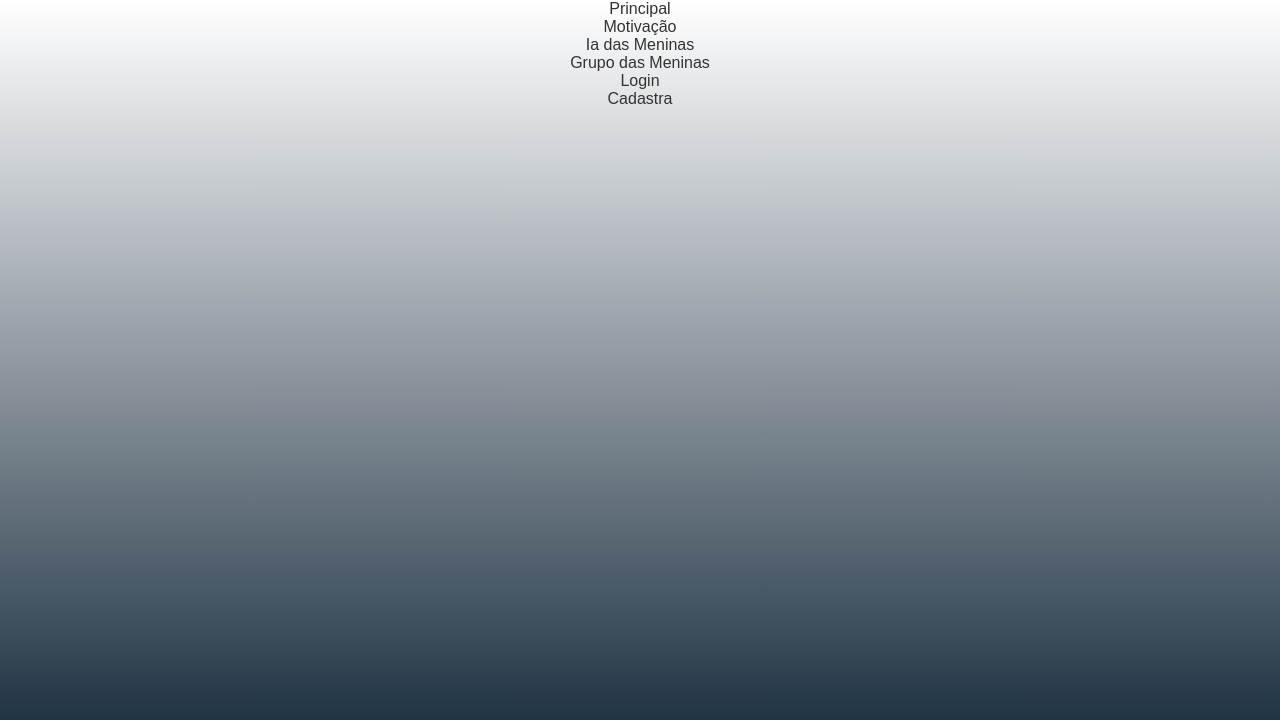
Repository: joaobatistafrontend/pref
Page: http://localhost/
An editor plug-in stored every save of this project. The page is shown before and after a run of saves, followed by the edit.
The browser window is 1280 px wide. The pictures show the whole page.
The page is served by the project's application, run on Django 4.2 (manage.py). Other server files are loaded and not shown.

Above is the page before, as saved 2024-07-26 14:49:43.

### templates/index.html
{% load  static %}
<!DOCTYPE html>
<html lang="en">
<head>
    <meta charset="UTF-8">
    <meta name="viewport" content="width=device-width, initial-scale=1.0">
    <title>Document</title>

    {% load static %}
    <link rel="stylesheet" href="{% static 'css/index.css' %}"></head>
<body>
        <nav>
            <ul>
                <li><a href="">Principal</a></li>
                <li><a href="">Motivação</a></li>
                <li><a href="">Ia das Meninas</a></li>
                <li><a href="">Grupo das Meninas</a></li>
                <li><a href="">Login</a></li>
                <li><a href="">Cadastra</a></li>
            </ul>
        </nav>
</body>
</html>

### chat_app/views.py
#https://espere.in/Build-your-chatbot-with-the-power-of-Gemini-API-using-Django/
from django.shortcuts import render, reverse
from django.contrib.auth.decorators import login_required
from .models import ChatBot
from django.http import HttpResponseRedirect, JsonResponse
import google.generativeai as genai
from .treinamentos import contexto_inicial, contexto_de_estudos
#chave api
genai.configure(api_key="AIzaSyCkg2khwEkqTQ7kYa8gVzsz2bWWpweUEO8")


@login_required
def ask_question(request):
    if request.method == "POST":
        text = request.POST.get("text")#receber o texto do user
        model = genai.GenerativeModel("gemini-pro")#modelo da ia

        chat = model.start_chat()#iniciar um chat

        #receber o texto do usuario como parametro
        response = chat.send_message(f"O assunto que vamos conversar é sobre responder perguntas frequentes e prestar suporte a assuntos relacionados às políticas públicas voltadas para as mulheres. Tenha conhecimento e forneça aconselhamento acessível para o {user}. Use as seguintes leis e contextos para ajudar: {contexto_inicial} e {contexto_de_estudos}. Foque em dados do Ceará. Mantenha o foco em responder perguntas frequentes e prestar suporte a assuntos relacionados às políticas públicas voltadas para as mulheres."
)
        user = request.user #ususario
        ChatBot.objects.create(text_input=text, gemini_output=response.text, user=user)#criar um batepapo

        response_data = {#extrair apenas a resposta
            "text": response.text,  #tranforma a resposta em texto
        }
        return JsonResponse({"data": response_data})
    else:
        return HttpResponseRedirect(
            reverse("chat")
        )


@login_required
def chat(request):
    user = request.user #saber o user autenticado
    chats = ChatBot.objects.filter(user=user)
    return render(request, "chat_bot.html", {"chats": chats})

def index(request):

    return render(request, "index.html")

### chatbot/urls.py

from django.contrib import admin
from django.urls import path, include

urlpatterns = [
    path('admin/', admin.site.urls),
    path('', include('chat_app.urls'))
]

### chat_app/urls.py

from django.contrib import admin
from django.urls import path, include
from . import views

urlpatterns = [
    path("", views.index, name="index"),
    path("ask_question/", views.ask_question, name="ask_question"),
]

### chat_app/treinamentos.py
#visão geral das políticas públicas para mulheres no Brasil
contexto_inicial = (
    "1. Visão Geral: As políticas públicas para as mulheres no Brasil têm evoluído ao longo dos anos, refletindo mudanças nas normas sociais, avanços no movimento feminista e maior reconhecimento dos direitos das mulheres.\n\n"

    "2. Marcos Históricos:\n"
    "* Criação do Conselho Nacional dos Direitos da Mulher (CNDM) em 1985.\n"
    "* Aprovação da Lei do Divórcio (Lei 6.515/1977) e da Lei dos Crimes Hediondos (Lei 8.072/1990), que incluía o feminicídio como crime hediondo.\n"
    "* Aprovação da Lei de Igualdade Salarial (Lei 7.855/1989).\n"
    "* Criação das Delegacias de Defesa da Mulher.\n\n"

    "3. Leis e Programas Recentes:\n"
    "* Aprovação da Lei Maria da Penha em 2006.\n"
    "* Criação do Programa Bolsa Família em 2003.\n"
    "* Criação do Programa de Assistência Integral à Saúde da Mulher (PAISM).\n"
    "* Política Nacional de Enfrentamento à Violência contra as Mulheres.\n\n"

    "4. Outras Iniciativas Importantes:\n"
    "* Lei de Cotas para Mulheres em Eleições em 1997.\n"
    "* Criação do Programa Pronatec Mulheres em 2011.\n"
    "* Aprovação da Lei do Feminicídio (Lei 13.104/2015).\n\n"

    "5. Medidas Recentes:\n"
    "* Lei da Importunação Sexual (Lei 13.718/2018).\n"
    "* Criação do Ligue 180 em 2013.\n"
    "* Plano Nacional de Políticas para as Mulheres (PNPM).\n"
    "* Política Nacional de Saúde Mental e Direitos das Mulheres.\n"
    "* Medidas para Promover a Igualdade de Gênero no Mercado de Trabalho.\n\n"
)

contexto_de_estudos = (
    "1. Legislação e Normas:\n"
    "  * Leis federais e estaduais: Lei Maria da Penha, Lei do Feminicídio, etc.\n"
    "  * Decretos e portarias.\n"
    "  * Normas técnicas.\n\n"

    "2. Programas e Iniciativas:\n"
    "  * Programas governamentais.\n"
    "  * Iniciativas de ONGs.\n\n"

    "3. Serviços Disponíveis:\n"
    "  * Centros de Atendimento.\n"
    "  * Telefones de Emergência.\n\n"

    "4. Estatísticas e Estudos:\n"
    "  * Dados estatísticos.\n"
    "  * Estudos e pesquisas.\n\n"

    "5. Direitos e Benefícios:\n"
    "  * Direitos das mulheres.\n"
    "  * Benefícios sociais.\n\n"

    "6. Processos e Procedimentos:\n"
    "  * Como acessar serviços.\n"
    "  * Procedimentos legais.\n\n"

    "7. Educação e Capacitação:\n"
    "  * Cursos e treinamentos.\n"
    "  * Campanhas educativas.\n\n"

    "8. Informações Regionais:\n"
    "  * Especificidades locais.\n\n"

    "Fontes de Dados:\n"
    "  * Sites oficiais do governo.\n"
    "  * Organizações internacionais.\n"
    "  * Instituições de pesquisa.\n"
    "  * Documentos legais.\n"
)

### static/css/index.css
*{
    margin: 0;
    padding: 0;
    font-family:sans-serif;
}
body{
    height: 100vh;
    background: linear-gradient(transparent, #213444);
    font-family: Arial, Helvetica, sans-serif;

}
.nav{
    background-color: #fff;
}

nav li{
    width: 100%;
    justify-content: center;
    align-items: center;
    display: flex;
    list-style: none;

}
nav ul li a{
    text-decoration: none;
    color:  #333;
    font-weight: 400;
}

After the next 3 saves:
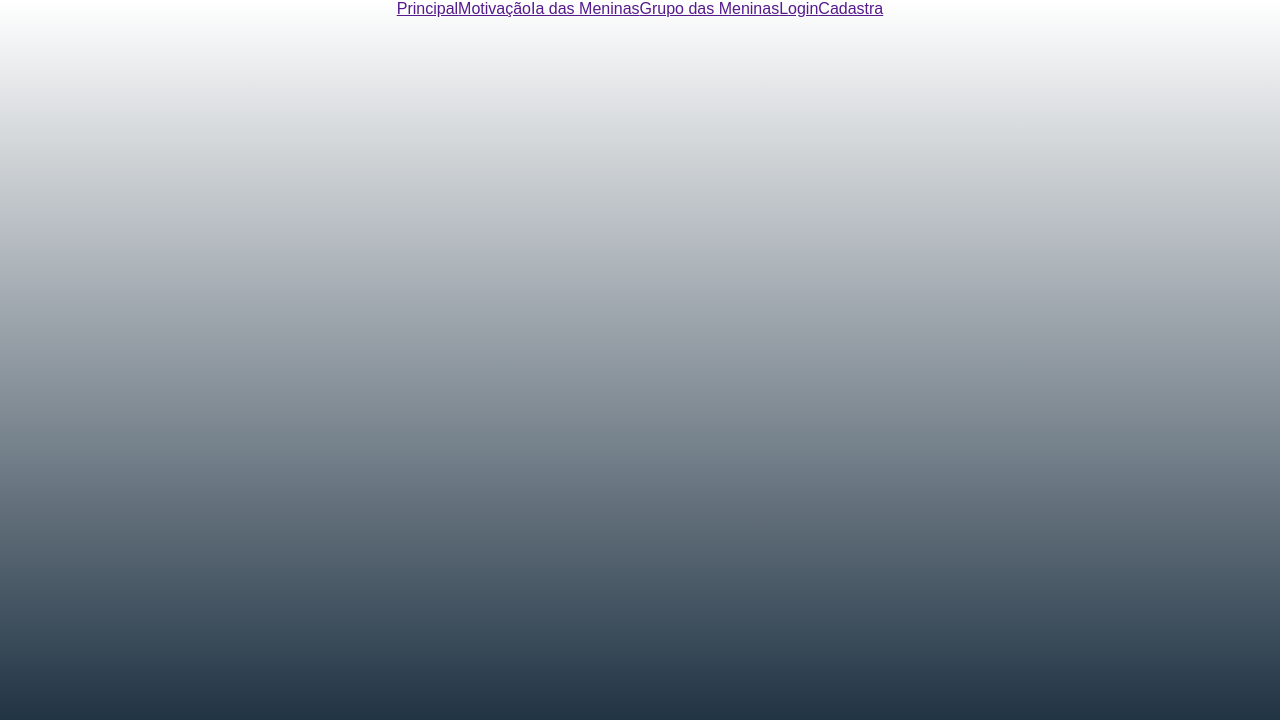
The 3 saves are shown as one change because they came seconds apart.
The last was saved 14 s later.
--- a/static/css/index.css
+++ b/static/css/index.css
@@ -13,7 +13,7 @@
     background-color: #fff;
 }
 
-nav li{
+nav ul{
     width: 100%;
     justify-content: center;
     align-items: center;
@@ -21,8 +21,3 @@
     list-style: none;
 
 }
-nav ul li a{
-    text-decoration: none;
-    color:  #333;
-    font-weight: 400;
-}
